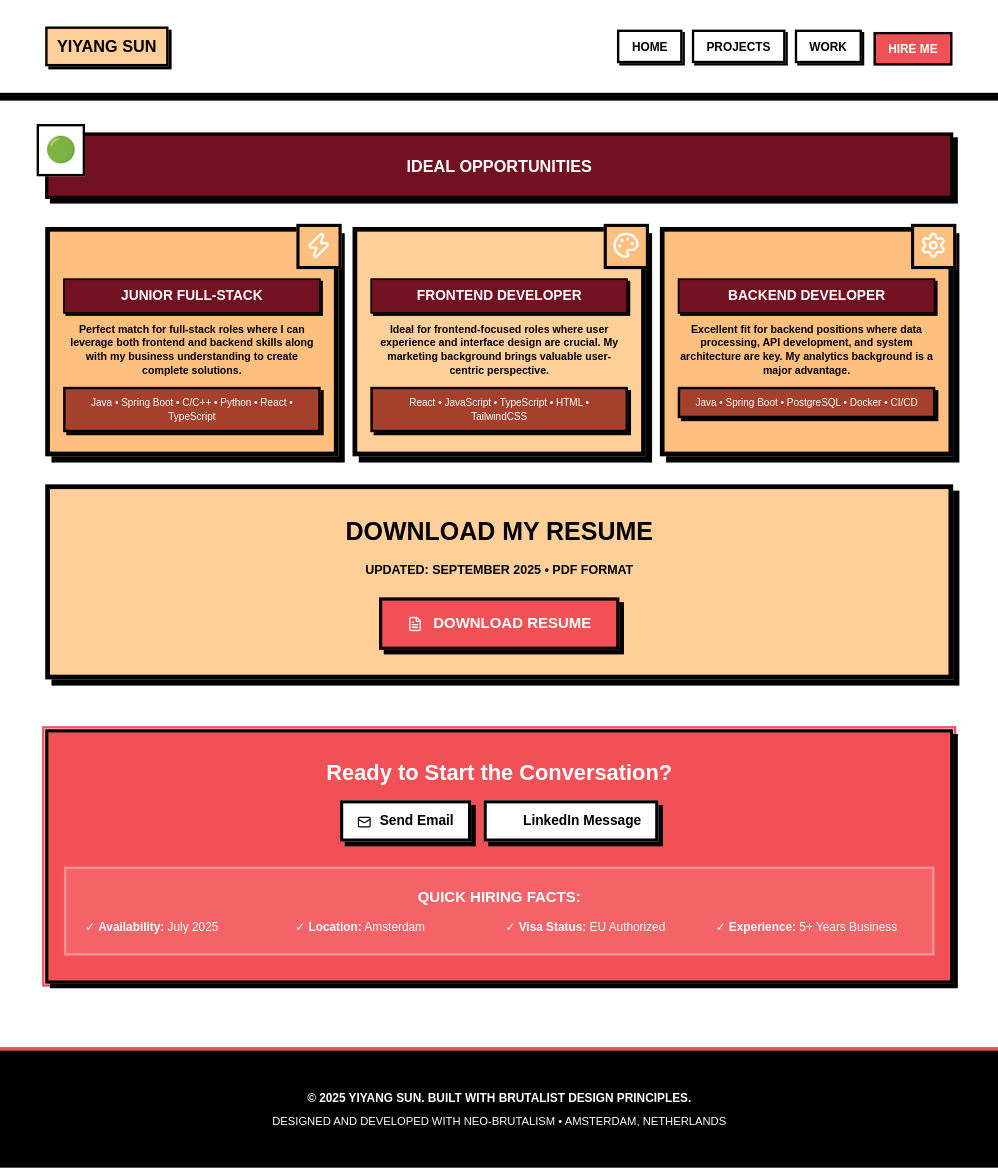
Repository: miloyiyangsun/yiyangsun.github.io
Page: .superdesign/design_iterations/yiyang_hireme_v2.html
The author's editor kept a copy of each file at every save. The page is drawn from the files as they stood at one save, then again after the next save.
The browser window is 1280 px wide. The pictures show the whole page, at 78% of full size.

Above is the page before, as saved 2025-09-03 21:29:22.

### .superdesign/design_iterations/yiyang_hireme_v2.html
<!DOCTYPE html>
<html lang="en">
  <head>
    <meta charset="UTF-8" />
    <meta name="viewport" content="width=device-width, initial-scale=1.0" />
    <title>Hire Me - Yiyang Sun [Neo-Brutalist Portfolio]</title>
    <meta
      name="description"
      content="Hire Yiyang Sun - Computer Science Student (2025 Graduate) with 5+ years business experience seeking Junior Full-Stack, Frontend, or Backend opportunities in Amsterdam. Neo-brutalist design."
    />

    <!-- Neo-Brutalist Theme -->
    <link rel="stylesheet" href="brutalist_theme_v2.css" />

    <!-- Lucide Icons -->
    <script src="https://unpkg.com/lucide@latest/dist/umd/lucide.min.js"></script>

    <style>
      /* Hire Me specific brutal styles */
      body {
        padding-top: 120px;
        background: #ffffff;
      }

      .main-container {
        max-width: 1200px;
        margin: 0 auto;
        padding: 18px;
      }

      /* Navigation Layout - Right Align */
      .brutalist-nav .main-container {
        display: flex;
        justify-content: space-between;
        align-items: center;
      }

      .nav-links {
        display: flex;
        gap: 4px;
      }

      /* Navigation Brand - Brutalist */
      .nav-brand {
        background: #ffcf99;
        border: 3px solid #000000;
        padding: 8px 12px;
        box-shadow: 4px 4px 0 #000000;
        font-weight: 900;
      }

      /* Hero CTA - Brutal */
      .hire-hero {
        background: #f15156;
        color: #ffffff;
        border: 8px solid #000000;
        padding: 48px 24px;
        text-align: center;
        box-shadow: 12px 12px 0 #000000;
        position: relative;
        margin: 24px 0;
      }

      .hire-hero::before {
        content: "";
        position: absolute;
        top: -30px;
        left: -30px;
        font-size: 4rem;
        background: #ffffff;
        border: 6px solid #000000;
        padding: 16px;
        width: 100px;
        height: 100px;
        display: flex;
        align-items: center;
        justify-content: center;
      }

      .hire-hero .hero-icon {
        position: absolute;
        top: -14px;
        left: -14px;
        color: #000000;
        width: 68px;
        height: 68px;
      }

      .hire-title {
        font-size: 2.5rem;
        font-weight: 900;
        text-transform: uppercase;
        margin: 0 0 18px 0;
        line-height: 0.9;
      }

      .hire-subtitle {
        font-size: 1.2rem;
        font-weight: 700;
        text-transform: uppercase;
        margin-bottom: 24px;
        opacity: 0.95;
      }

      /* Opportunity Cards - Brutal */
      .opportunity-grid {
        display: grid;
        grid-template-columns: repeat(auto-fit, minmax(280px, 1fr));
        gap: 18px;
        margin: 36px 0;
      }

      .opportunity-card {
        background: #ffffff;
        border: 6px solid #000000;
        padding: 17px 17px 17px 17px;
        padding-top: 60px;
        box-shadow: 8px 8px 0 #000000;
        position: relative;
        text-align: center;
      }

      .opportunity-card:hover {
        transform: translate(-4px, -4px);
        box-shadow: 16px 16px 0 #000000;
      }

      .opportunity-card:nth-child(1) {
        background: #ffc07f;
      }

      .opportunity-card:nth-child(2) {
        background: #ffcf99;
      }

      .opportunity-card:nth-child(3) {
        background: #ffc07f;
      }

      .opportunity-card::before {
        content: "";
        position: absolute;
        top: -10px;
        right: -10px;
        width: 50px;
        height: 50px;
        background: #ffc07f;
        border: 4px solid #000000;
        display: flex;
        align-items: center;
        justify-content: center;
      }

      .opportunity-card .card-icon {
        position: absolute;
        top: 0px;
        right: 2px;
        width: 35px;
        height: 35px;
        color: #ffffff;
        z-index: 10;
      }

      .opportunity-icon {
        font-size: 1.8rem;
        display: block;
        margin-bottom: 8px;
      }

      .opportunity-title {
        font-size: 1.1rem;
        font-weight: 900;
        text-transform: uppercase;
        color: #ffffff;
        background: #721121;
        padding: 8px 12px;
        border: 2px solid #000000;
        margin-bottom: 12px;
        box-shadow: 3px 3px 0 #000000;
      }

      .opportunity-description {
        font-size: 0.85rem;
        line-height: 1.3;
        font-weight: 600;
        margin-bottom: 12px;
      }

      /* Skills Match - Brutal */
      .skills-match {
        background: #a5402d;
        color: #ffffff;
        padding: 8px 12px;
        border: 3px solid #000000;
        margin: 8px 0;
        box-shadow: 4px 4px 0 #000000;
        font-size: 0.8rem;
      }

      /* Contact Cards - Brutal */
      .contact-grid {
        display: grid;
        grid-template-columns: repeat(auto-fit, minmax(280px, 1fr));
        gap: 24px;
        margin: 48px 0;
      }

      .contact-card {
        background: #ffffff;
        border: 6px solid #000000;
        padding: 24px;
        text-align: center;
        box-shadow: 6px 6px 0 #000000;
        position: relative;
      }

      .contact-card:hover {
        background: #ffcf99;
        transform: translate(-3px, -3px);
        box-shadow: 11px 11px 0 #000000;
      }

      .contact-card:nth-child(even) {
        background: #ffc07f;
      }

      .contact-card:nth-child(even):hover {
        background: #f15156;
        color: #ffffff;
      }

      .contact-icon {
        width: 64px;
        height: 64px;
        background: #f15156;
        border: 4px solid #000000;
        border-radius: 0;
        margin: 0 auto 18px auto;
        display: flex;
        align-items: center;
        justify-content: center;
        font-size: 1.6rem;
        color: #ffffff;
        box-shadow: 4px 4px 0 #000000;
      }

      .contact-title {
        font-size: 1.2rem;
        font-weight: 900;
        text-transform: uppercase;
        margin-bottom: 10px;
        color: #000000;
      }

      .contact-info {
        font-size: 1.1rem;
        font-weight: 700;
        margin-bottom: 8px;
      }

      .contact-description {
        font-size: 0.9rem;
        font-weight: 600;
        text-transform: uppercase;
        color: #666666;
      }

      /* Value Proposition - Brutal */
      .value-proposition {
        background: #721121;
        color: #ffffff;
        padding: 48px;
        border: 8px solid #000000;
        box-shadow: 12px 12px 0 #000000;
        margin: 64px 0;
      }

      .value-title {
        font-size: 2.5rem;
        font-weight: 900;
        text-transform: uppercase;
        text-align: center;
        margin-bottom: 32px;
      }

      .value-grid {
        display: grid;
        grid-template-columns: repeat(auto-fit, minmax(250px, 1fr));
        gap: 24px;
      }

      .value-item {
        padding: 24px;
        background: rgba(255, 255, 255, 0.1);
        border: 2px solid rgba(255, 255, 255, 0.3);
        text-align: center;
      }

      .value-item-title {
        font-size: 1.2rem;
        font-weight: 900;
        text-transform: uppercase;
        margin-bottom: 12px;
      }

      .value-item-description {
        font-size: 1rem;
        font-weight: 500;
        line-height: 1.4;
      }

      /* Resume Download - Brutal */
      .resume-section {
        background: #ffcf99;
        border: 6px solid #000000;
        padding: 32px;
        text-align: center;
        box-shadow: 8px 8px 0 #000000;
        margin: 32px 0;
      }

      .resume-title {
        font-size: 2rem;
        font-weight: 900;
        text-transform: uppercase;
        margin-bottom: 16px;
      }

      .resume-info {
        font-size: 1rem;
        font-weight: 600;
        margin-bottom: 24px;
        text-transform: uppercase;
      }

      .download-button {
        display: inline-block;
        background: #f15156;
        color: #ffffff;
        padding: 16px 32px;
        border: 4px solid #000000;
        text-decoration: none;
        font-weight: 900;
        font-size: 1.2rem;
        text-transform: uppercase;
        box-shadow: 6px 6px 0 #000000;
      }

      .download-button:hover {
        background: #721121;
        transform: translate(-2px, -2px);
        box-shadow: 8px 8px 0 #000000;
      }

      /* Availability Status - Brutal */
      .availability {
        background: #721121;
        color: #ffffff;
        padding: 24px;
        border: 4px solid #000000;
        text-align: center;
        margin: 32px 0;
        box-shadow: 6px 6px 0 #000000;
        position: relative;
      }

      .availability::before {
        content: "🟢";
        position: absolute;
        top: -15px;
        left: -15px;
        font-size: 2rem;
        background: #ffffff;
        border: 3px solid #000000;
        padding: 8px;
        border-radius: 0;
      }

      .availability-text {
        font-size: 1.3rem;
        font-weight: 900;
        text-transform: uppercase;
      }

      /* Mobile responsive */
      @media (max-width: 768px) {
        .hire-title {
          font-size: 2.5rem;
        }

        .hire-hero {
          padding: 40px 20px;
        }

        .opportunity-grid,
        .contact-grid {
          grid-template-columns: 1fr;
          gap: 16px;
        }

        .opportunity-card {
          padding: 14px;
        }

        .value-proposition {
          padding: 32px 20px;
        }

        .value-title {
          font-size: 2rem;
        }
      }
    </style>
  </head>

  <body>
    <!-- Brutalist Navigation -->
    <nav class="brutalist-nav">
      <div class="main-container">
        <strong class="nav-brand" style="font-size: 1.3rem">YIYANG SUN</strong>
        <div class="nav-links">
          <a href="yiyang_home_v2.html" class="brutalist-nav-item">HOME</a>
          <a href="yiyang_projects_v2.html" class="brutalist-nav-item"
            >PROJECTS</a
          >
          <a href="yiyang_work_v2.html" class="brutalist-nav-item">WORK</a>
          <a href="yiyang_hireme_v2.html" class="brutalist-nav-item active"
            >HIRE ME</a
          >
        </div>
      </div>
    </nav>

    <!-- Main Content -->
    <main class="main-container">
      <!-- Hero CTA -->
      <!-- <section class="hire-hero">
            <i data-lucide="briefcase" class="hero-icon"></i>
            <div class="hire-title">Hire Me Now!</div>
            <div class="hire-subtitle">CS Student (2025 Graduate) with 5+ Years Business Background</div>
            <p style="font-size: 1.2rem; font-weight: 600; max-width: 600px; margin: 0 auto 32px auto;">
                Computer Science student graduating July 2025 seeking Junior Full-Stack, Frontend, or Backend opportunities.
                5+ years international business experience + technical skills.
            </p>
            <a href="mailto:miloyysun@outlook.com?subject=Job Opportunity&body=Hi Yiyang, I'm interested in discussing a software development opportunity with you."
               class="brutalist-button" style="background: #FFFFFF; color: #000000; font-size: 1.2rem; padding: 16px 32px;">
Email Me Today
            </a>
        </section> -->

      <!-- Availability Status -->
      <!-- <section class="availability">
            <div class="availability-text">Available from July 2025 • CS Graduate • Amsterdam Based • EU Work Authorization</div>
        </section> -->
      <section class="availability">
        <div class="availability-text">Ideal Opportunities</div>
      </section>
      <!-- Opportunity Types -->
      <section>
        <!-- <h2 class="title-large brutalist-text-center" style="margin: 64px 0 32px 0;">Ideal Opportunities</h2> -->

        <div class="opportunity-grid">
          <div class="opportunity-card">
            <i data-lucide="zap" class="card-icon"></i>
            <div class="opportunity-title">Junior Full-Stack</div>
            <div class="opportunity-description">
              Perfect match for full-stack roles where I can leverage both
              frontend and backend skills along with my business understanding
              to create complete solutions.
            </div>
            <div class="skills-match">
              Java • Spring Boot • C/C++ • Python • React • TypeScript
            </div>
          </div>

          <div class="opportunity-card">
            <i data-lucide="palette" class="card-icon"></i>
            <div class="opportunity-title">Frontend Developer</div>
            <div class="opportunity-description">
              Ideal for frontend-focused roles where user experience and
              interface design are crucial. My marketing background brings
              valuable user-centric perspective.
            </div>
            <div class="skills-match">
              React • JavaScript • TypeScript • HTML • TailwindCSS
            </div>
          </div>

          <div class="opportunity-card">
            <i data-lucide="settings" class="card-icon"></i>
            <div class="opportunity-title">Backend Developer</div>
            <div class="opportunity-description">
              Excellent fit for backend positions where data processing, API
              development, and system architecture are key. My analytics
              background is a major advantage.
            </div>
            <div class="skills-match">
              Java • Spring Boot • PostgreSQL • Docker • CI/CD
            </div>
          </div>
        </div>
      </section>

      <!-- Value Proposition -->
      <!-- <section class="value-proposition">
            <div class="value-title">Why Hire Me?</div>
            <div class="value-grid">
                <div class="value-item">
                    <div class="value-item-title">Unique Business Background</div>
                    <div class="value-item-description">
                        5+ years of international business experience brings valuable perspective to software development projects
                    </div>
                </div>
                <div class="value-item">
                    <div class="value-item-title">Proven Problem Solver</div>
                    <div class="value-item-description">
                        Demonstrated ability to analyze complex problems and implement effective technical solutions
                    </div>
                </div>
                <div class="value-item">
                    <div class="value-item-title">International Experience</div>
                    <div class="value-item-description">
                        Worked across Singapore, China, and Netherlands - excellent for global teams and cross-cultural projects
                    </div>
                </div>
                <div class="value-item">
                    <div class="value-item-title">Career Transition Success</div>
                    <div class="value-item-description">
                        Successfully transitioned from 5+ years business career to Computer Science, graduating July 2025
                    </div>
                </div>
            </div>
        </section> -->

      <!-- Resume Download -->
      <section class="resume-section">
        <div class="resume-title">Download My Resume</div>
        <div class="resume-info">Updated: September 2025 • PDF Format</div>
        <a
          href="../../assets/resume/Yiyang-Sun-Resume.pdf"
          class="download-button"
          download="Yiyang-Sun-Resume.pdf"
        >
          <i
            data-lucide="file-text"
            style="
              width: 20px;
              height: 20px;
              display: inline-block;
              vertical-align: middle;
              margin-right: 8px;
            "
          ></i>
          Download Resume
        </a>
      </section>

      <!-- Contact Information -->
      <!-- <section>
            <h2 class="title-large brutalist-text-center" style="margin: 64px 0 32px 0;">Let's Connect</h2>

            <div class="contact-grid">
                <div class="contact-card">
                    <div class="contact-icon">📧</div>
                    <div class="contact-title">Email Me</div>
                    <div class="contact-info">miloyysun@outlook.com</div>
                    <div class="contact-description">Primary Communication Method</div>
                </div>

                <div class="contact-card">
                    <div class="contact-icon">💼</div>
                    <div class="contact-title">LinkedIn</div>
                    <div class="contact-info">yiyangsunmilo</div>
                    <div class="contact-description">Professional Networking</div>
                </div>

                <div class="contact-card">
                    <div class="contact-icon">📍</div>
                    <div class="contact-title">Location</div>
                    <div class="contact-info">Amsterdam, Netherlands</div>
                    <div class="contact-description">Available for Local Opportunities</div>
                </div>
            </div>
        </section> -->

      <!-- Final CTA -->
      <section class="brutalist-hero brutalist-bg-red" style="margin: 64px 0">
        <div class="brutalist-text-center">
          <h2 class="title-large" style="color: #ffffff; margin-bottom: 16px">
            Ready to Start the Conversation?
          </h2>
          <!-- <p style="font-size: 1.3rem; font-weight: 700; color: #FFFFFF; margin-bottom: 32px; max-width: 700px; margin-left: auto; margin-right: auto;">
                    Whether you have a specific role in mind or just want to explore possibilities,
                    I'm excited to discuss how my unique background can contribute to your team's success.
                </p> -->
          <div
            style="
              display: flex;
              justify-content: center;
              gap: 16px;
              flex-wrap: wrap;
            "
          >
            <a
              href="mailto:miloyysun@outlook.com?subject=Software Development Opportunity&body=Hi Yiyang, I'm interested in discussing potential opportunities with you."
              class="brutalist-button"
              style="background: #ffffff; color: #000000; font-size: 1.1rem"
            >
              <i
                data-lucide="mail"
                style="
                  width: 18px;
                  height: 18px;
                  display: inline-block;
                  vertical-align: middle;
                  margin-right: 6px;
                "
              ></i>
              Send Email
            </a>
            <a
              href="https://linkedin.com/in/yiyangsunmilo"
              class="brutalist-button"
              style="background: #ffffff; color: #000000; font-size: 1.1rem"
              target="_blank"
            >
              <i
                data-lucide="linkedin"
                style="
                  width: 18px;
                  height: 18px;
                  display: inline-block;
                  vertical-align: middle;
                  margin-right: 6px;
                "
              ></i>
              LinkedIn Message
            </a>
            <!-- <a href="tel:+31626707606"
                       class="brutalist-button" style="background: #FFFFFF; color: #000000; font-size: 1.1rem;">
                        📞 Call: +31 626707606
                    </a> -->
          </div>

          <div
            style="
              margin-top: 32px;
              padding: 24px;
              background: rgba(255, 255, 255, 0.1);
              border: 3px solid rgba(255, 255, 255, 0.3);
            "
          >
            <h3
              style="
                font-size: 1.2rem;
                font-weight: 900;
                text-transform: uppercase;
                margin-bottom: 12px;
              "
            >
              Quick Hiring Facts:
            </h3>
            <div
              style="
                display: grid;
                grid-template-columns: repeat(auto-fit, minmax(150px, 1fr));
                gap: 16px;
                text-align: left;
              "
            >
              <div>✓ <strong>Availability:</strong> July 2025</div>
              <div>✓ <strong>Location:</strong> Amsterdam</div>
              <div>✓ <strong>Visa Status:</strong> EU Authorized</div>
              <div>✓ <strong>Experience:</strong> 5+ Years Business</div>
            </div>
          </div>
        </div>
      </section>
    </main>

    <!-- Footer -->
    <footer
      style="
        background: #000000;
        color: #ffffff;
        padding: 32px;
        text-align: center;
        border-top: 4px solid #f15156;
      "
    >
      <div class="main-container">
        <p
          style="
            font-weight: 700;
            text-transform: uppercase;
            margin-bottom: 8px;
          "
        >
          &copy; 2025 YIYANG SUN. BUILT WITH BRUTALIST DESIGN PRINCIPLES.
        </p>
        <p style="font-size: 0.9rem; text-transform: uppercase">
          Designed and developed with neo-brutalism • Amsterdam, Netherlands
        </p>
      </div>
    </footer>

    <script>
      // Initialize Lucide Icons
      lucide.createIcons();

      // Minimal JavaScript for hire me page
      console.log("💼 HIRE ME PAGE - NEO-BRUTALIST DESIGN LOADED");
      console.log("🚀 READY TO HIRE YIYANG SUN!");

      // Enhanced button press effects for CTA buttons
      document
        .querySelectorAll(".brutalist-button, .download-button, .contact-card")
        .forEach((element) => {
          element.addEventListener("mousedown", function () {
            this.style.transform = "translate(3px, 3px)";
            this.style.boxShadow = "none";
          });

          element.addEventListener("mouseup", function () {
            this.style.transform = "";
            this.style.boxShadow = "";
          });

          element.addEventListener("mouseleave", function () {
            this.style.transform = "";
            this.style.boxShadow = "";
          });
        });

      // Log hiring intent tracking
      document.querySelectorAll('a[href^="mailto:"]').forEach((emailLink) => {
        emailLink.addEventListener("click", function () {
          console.log("📧 EMAIL CLICK - POTENTIAL HIRE INTEREST!");
        });
      });
    </script>
  </body>
</html>

Loaded but not shown: .superdesign/design_iterations/brutalist_theme_v2.css (336 lines, source omitted)

After the next save:
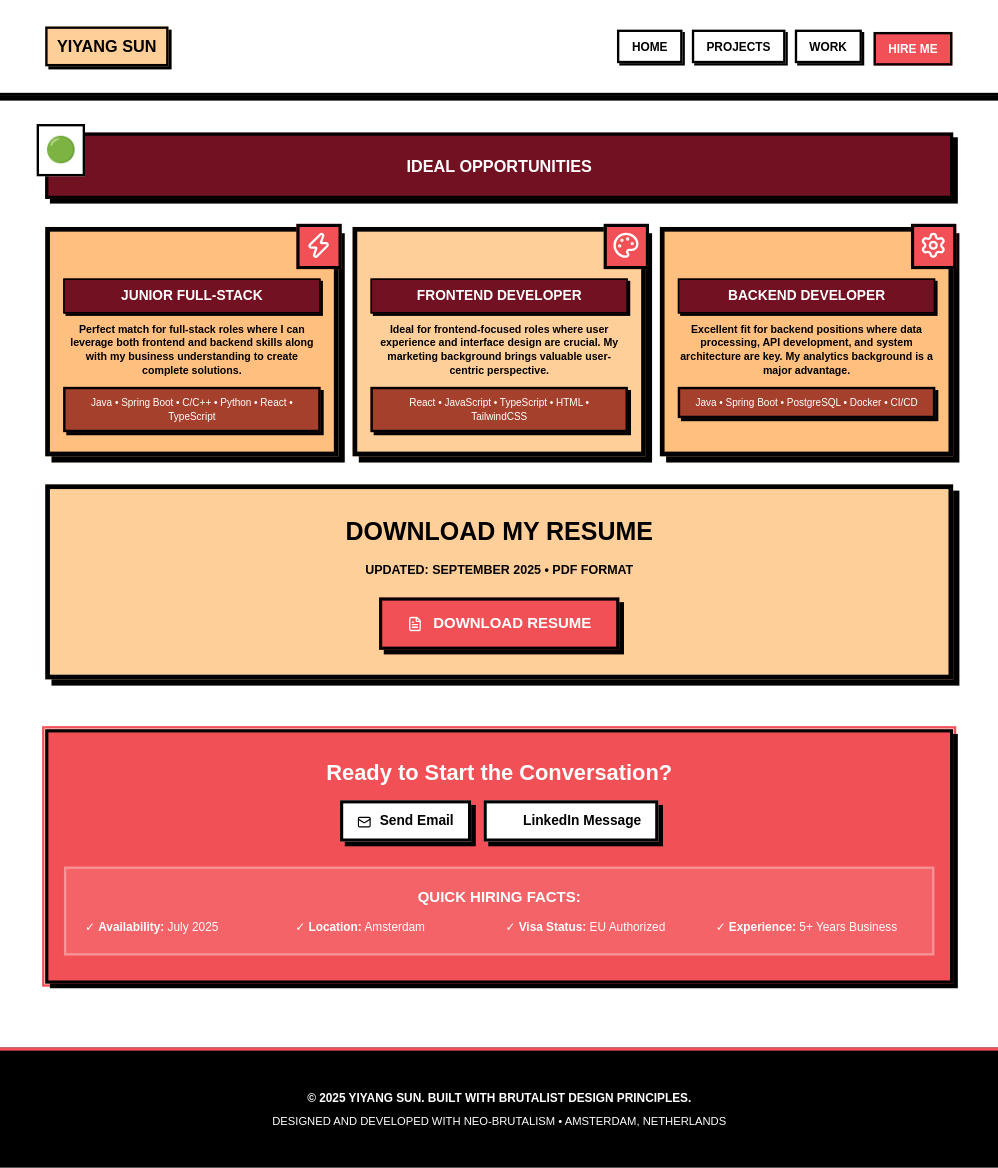
Saved 18 s later.
--- a/.superdesign/design_iterations/yiyang_hireme_v2.html
+++ b/.superdesign/design_iterations/yiyang_hireme_v2.html
@@ -144,7 +144,7 @@
         right: -10px;
         width: 50px;
         height: 50px;
-        background: #ffc07f;
+        background: #f15156;
         border: 4px solid #000000;
         display: flex;
         align-items: center;
